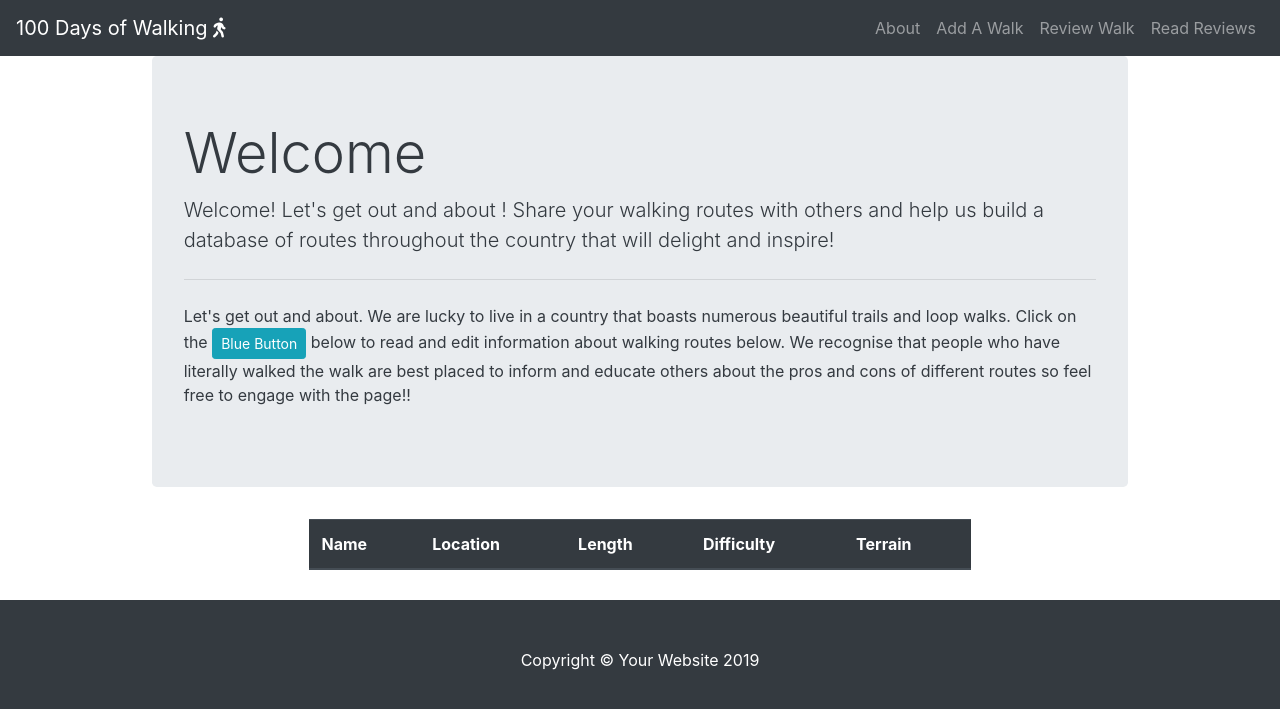
Repository: 5803emma/days-of-walking
Page: http://localhost/
The author's editor kept a record of every edit. The page is drawn from the files as they stood at one moment, then again after the next edit.
The browser window is 1280 px wide. The pictures show the whole page.
Some web libraries are served in a nearby version. The page is served by the project's application, run on Flask 3 (app.py). Queries for data that is not in the repository find no rows.

Above is the page before.

After the next edit:
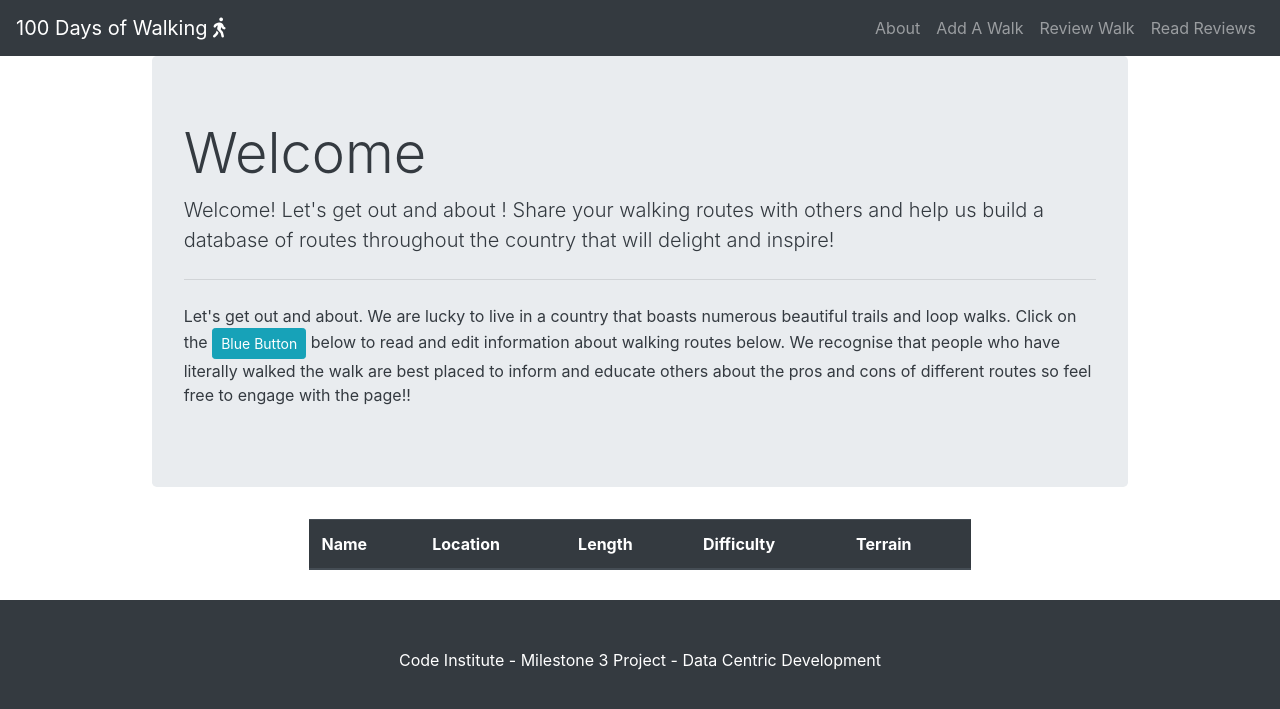
The edit:
--- a/templates/base.html
+++ b/templates/base.html
@@ -38,7 +38,7 @@
  <!-- Footer -->
   <footer class="py-5 bg-dark fixed-bottom">
     <div class="container-fluid">
-      <p class="m-0 text-center text-white">Copyright &copy; Your Website 2019</p>
+      <p class="m-0 text-center text-white">Code Institute - Milestone 3 Project - Data Centric Development</p>
     </div>
     <!-- /.container -->
   </footer>
